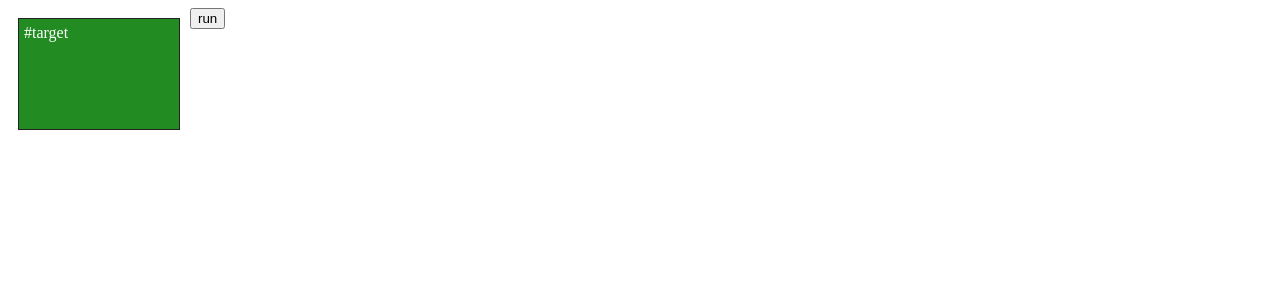
Repository: silenttemplar/java_start_project
Page: hansung_ee_2014/hansung_jquery_exercise/WebContent/Change_Parent.html
These files come from the project's save history. The page is drawn as it stood at one moment and after a run of saves; the edit follows.
The browser window is 1280 px wide. The pictures show the whole page.

Above is the page before, as saved 2014-08-27 02:23:42.

### hansung_ee_2014/hansung_jquery_exercise/WebContent/Change_Parent.html
<!DOCTYPE html>
<html>
<head>
<meta charset="UTF-8">
<title>Change Parent</title>
<script src="./jquery-2.1.0.min.js"></script>
<script type="text/javascript">
	/**
	 * 대상 : div 내부 span
	 * 기능 : text 변경
	 * 함수 : text()
	 */
	function run() {
		$("#target").css("background","blue");
	}
</script>
</head>
<body>
	<div id="target"
		style="color: rgb(255, 255, 255);
		width: 150px;
		 height: 100px; float: left;
		 border: 1px solid rgb(34, 34, 34);
		 background-color: rgb(34, 139, 34);
		 margin: 10px; padding: 5px;">
		#target<br />
	</div>
	<input type="button" value="run" onclick="run()" />
</body>
</html>

Loaded but not shown: hansung_ee_2014/hansung_jquery_exercise/WebContent/jquery-2.1.0.min.js (library)

After the next 2 saves:
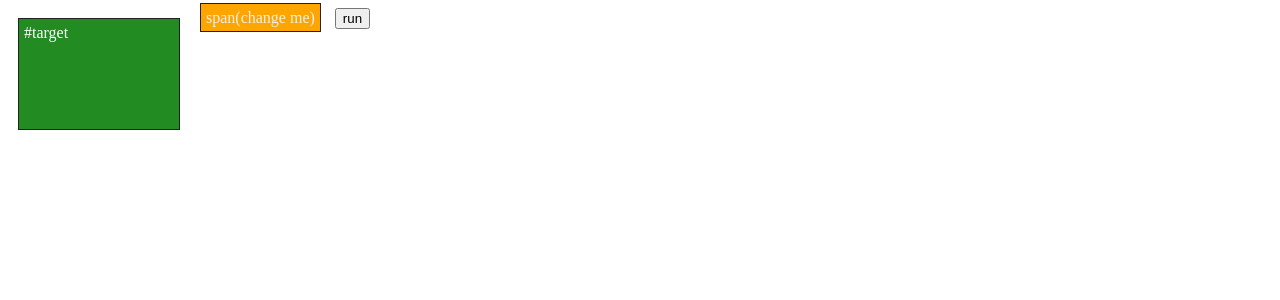
The 2 saves are shown as one change because they came seconds apart.
The last was saved 4 min 6 s later.
--- a/hansung_ee_2014/hansung_jquery_exercise/WebContent/Change_Parent.html
+++ b/hansung_ee_2014/hansung_jquery_exercise/WebContent/Change_Parent.html
@@ -11,7 +11,7 @@
 	 * 함수 : text()
 	 */
 	function run() {
-		$("#target").css("background","blue");
+
 	}
 </script>
 </head>
@@ -25,6 +25,11 @@
 		 margin: 10px; padding: 5px;">
 		#target<br />
 	</div>
+	<span
+		style="color:rgb(240,240,240);
+					background-color:rgb(255,165,0);
+					margin:10px; border:1px solid rgb(34,34,34);
+					padding:5px;">span(change me)</span>
 	<input type="button" value="run" onclick="run()" />
 </body>
 </html>
